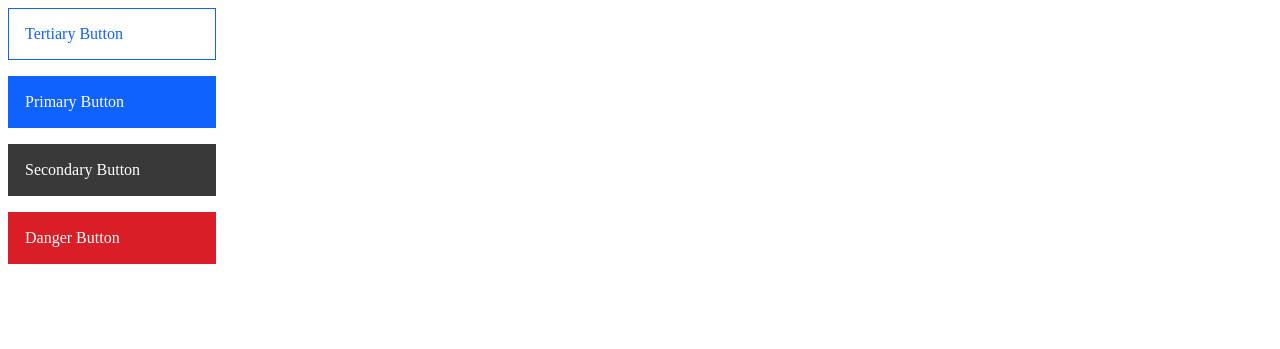
Repository: prav10194/ibm-carbon-components-vanilla
Page: buttons/index.html
An editor plug-in stored every save of this project. The page is shown before and after the next save, followed by the edit.
The browser window is 1280 px wide. The pictures show the whole page.
Some web fonts or font styles are not loaded; a fallback is used.

Above is the page before, as saved 2020-11-12 19:49:59.

### buttons/index.html
<!DOCTYPE html>
<html lang="en">
<head>
    <meta charset="UTF-8">
    <meta name="viewport" content="width=device-width, initial-scale=1.0">
    <link rel="shortcut icon" href="./assets/ibm--cloud.svg" />
    <link rel="stylesheet" href="./node_modules/@ibm/plex/css/ibm-plex-sans-kr.css">
    <link rel="stylesheet" href="./node_modules/@ibm/plex/css/ibm-plex.css">
    <link rel="stylesheet" href="./index.css">
    <title>Button examples</title>
</head>
<style>
    .buttondiv > *:not(:first-child) {
        margin-top: 1rem;
    }
</style>
<body>
    <div class="buttondiv" style="display: flex; flex-direction: column;">
        <div class="tertiary-button">Tertiary Button</div>
        <div class="primary-button">Primary Button</div>
        <div class="secondary-button">Secondary Button</div>
        <div class="danger-button">Danger Button</div>
        <div class="ghost-button">Ghost Button</div>
    </div>
</body>
</html>

### buttons/index.css
.tertiary-button {
    font-size: 1rem;
    border: 1px solid #0f62fe;
    color: #0f62fe;
    padding: 1rem 4rem 1rem 1rem;
    width: 10%;
    font-family: IBM Plex Sans;
}

.tertiary-button:hover {
    background-color: #0f62fe;
    color: white;
    cursor: pointer;
}

.primary-button {
    font-size: 1rem;
    border: 1px solid #0f62fe;
    background-color: #0f62fe;
    color: white;
    padding: 1rem 4rem 1rem 1rem;
    width: 10%;
    font-family: IBM Plex Sans;
}

.primary-button:hover {
    /* background-color: #0f62fe; */
    /* color: white; */
    background-color: #0d58e4;
    cursor: pointer;
}

.secondary-button {
    font-size: 1rem;
    border: 1px solid #393939;
    background-color: #393939;
    color: white;
    padding: 1rem 4rem 1rem 1rem;
    width: 10%;
    font-family: IBM Plex Sans;
}

.secondary-button:hover {
    background-color: #4c4c4c;
    cursor: pointer;
}

.danger-button {
    font-size: 1rem;
    border: 1px solid #da1e28;
    background-color: #da1e28;
    color: white;
    padding: 1rem 4rem 1rem 1rem;
    width: 10%;
    font-family: IBM Plex Sans;
}

.danger-button:hover {
    background-color: #c41b24;
    cursor: pointer;
}

.ghost-button {
    font-size: 1rem;
    color: white;
    padding: 1rem 4rem 1rem 1rem;
    width: 10%;
    font-family: IBM Plex Sans;
}

.ghost-button:hover {
    background-color: #c41b24;
    cursor: pointer;
}

Loaded but not shown: fonts/node_modules/@ibm/plex/css/ibm-plex-sans-kr.css (library); fonts/node_modules/@ibm/plex/css/ibm-plex.css (library)

After the next save:
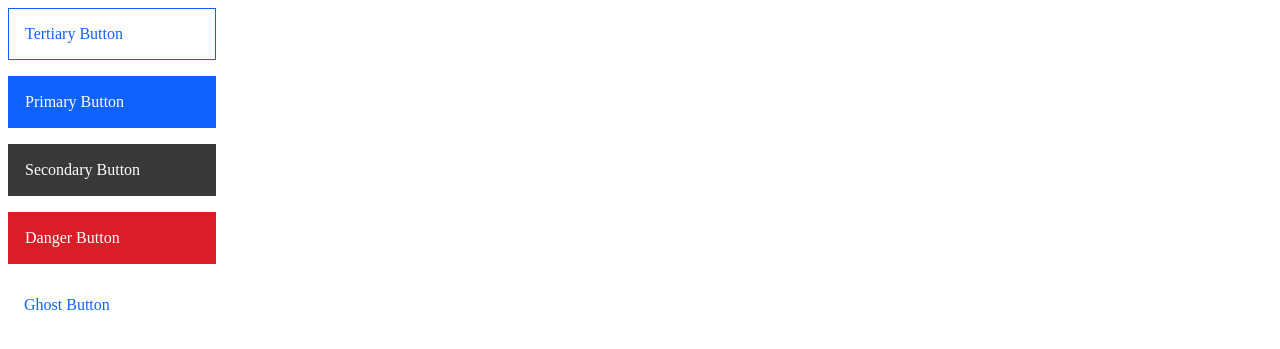
Saved 73 s later.
--- a/buttons/index.css
+++ b/buttons/index.css
@@ -62,7 +62,7 @@
 
 .ghost-button {
     font-size: 1rem;
-    color: white;
+    color: #0f62fe;
     padding: 1rem 4rem 1rem 1rem;
     width: 10%;
     font-family: IBM Plex Sans;
